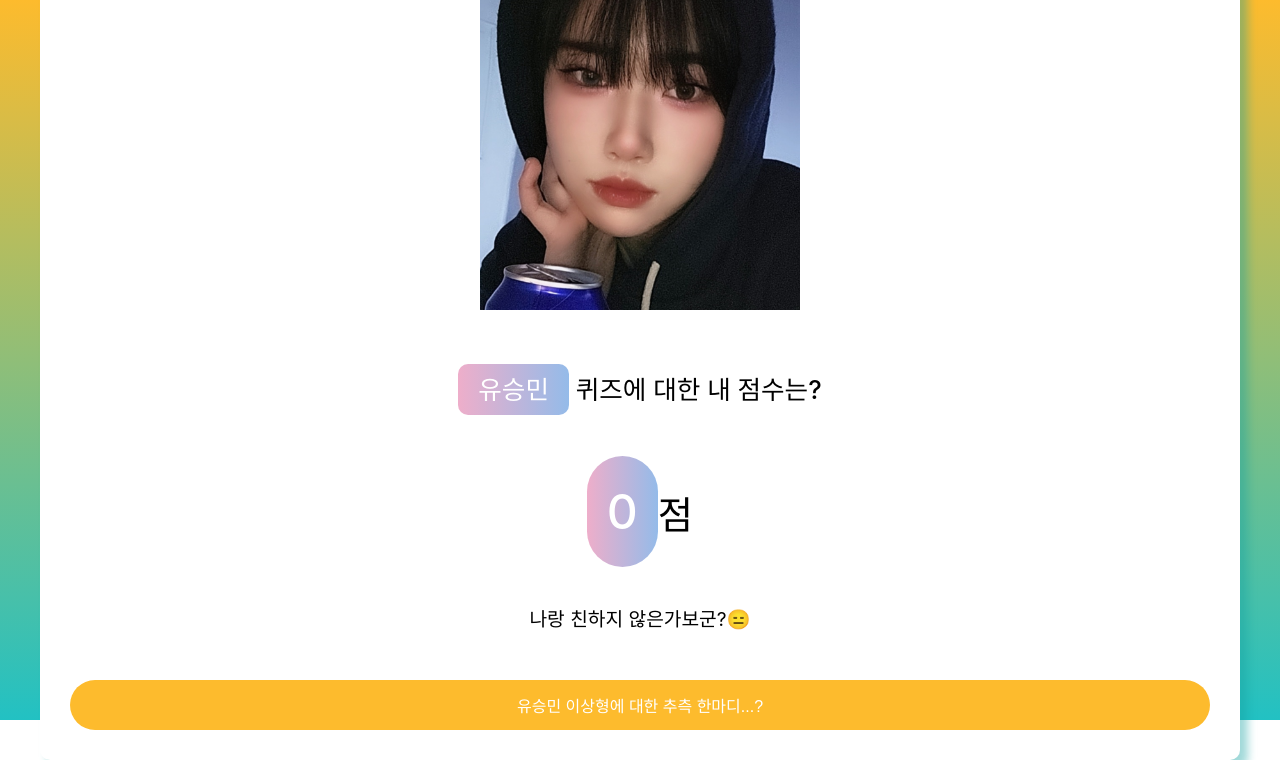
Repository: dnjfht/quiz3
Page: /score
An editor plug-in stored every save of this project. The page is shown before and after the next save, followed by the edit.
The browser window is 1280 px wide. The pictures show the whole page.
The project was rebuilt for these pictures with package versions that can differ from the ones it lists, and the page was loaded fresh each time. Also part of the build but not shown: src/components/Start.js, src/components/Progress.js, src/components/Quiz.js, src/components/Message.js, src/components/Ranking.js, src/components/NotPage.js.

Above is the page before, as saved 2023-04-15 23:04:29.

After the next save:
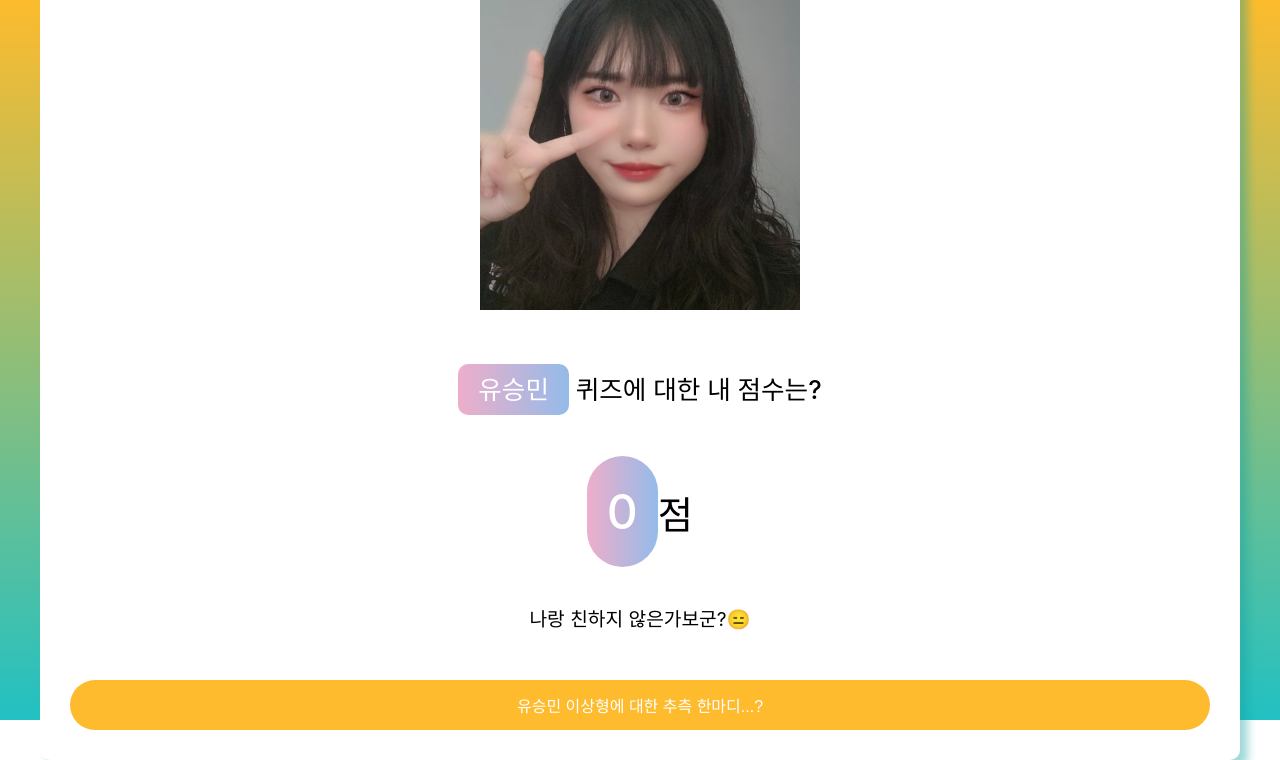
Saved 77 s later.
--- a/src/components/Score.js
+++ b/src/components/Score.js
@@ -92,7 +92,7 @@ export default function Score() {
   const result_texts = useSelector((state) => state.quiz.result_text);
   console.log(result_texts);
 
-  const random_number = Math.floor(Math.random() * 10);
+  const random_number = Math.floor(Math.random() * 10) + 10;
 
   const collect_answer = user_answer.filter((answer, idx) => {
     return answer === quiz_list[idx].answer;
